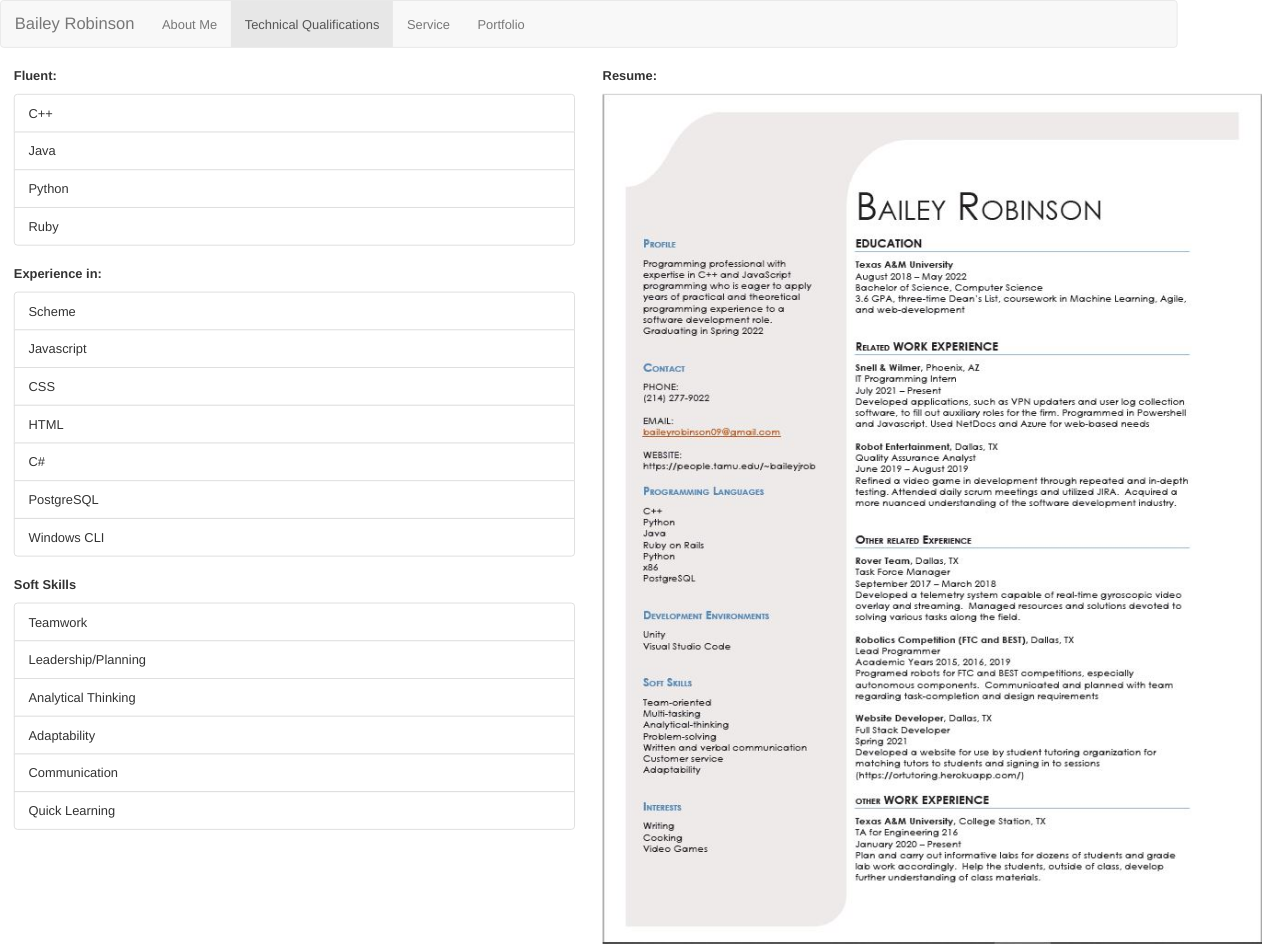
Repository: baileyjrob/personal_website
Page: techqual.html
An editor plug-in stored every save of this project. The page is shown before and after the next save, followed by the edit.
The browser window is 1280 px wide. The page is 1372 px wide, then 1369 px, so the pictures cover 1372 px, including what lies to the right of the window. The pictures show the whole page, at 92% of full size.

Above is the page before, as saved 2022-04-20 13:27:04.

### techqual.html
<!DOCTYPE html>
<html lang=en>

<head>
  <title>Bailey Robinson</title>
  <meta charset="utf-8">
  <meta name="viewport" content="width=device-width, initial-scale=1">
  <!-- Latest compiled and minified CSS -->
  <link rel="stylesheet" href="https://maxcdn.bootstrapcdn.com/bootstrap/3.4.1/css/bootstrap.min.css">

  <!-- jQuery library -->
  <script src="https://ajax.googleapis.com/ajax/libs/jquery/3.5.1/jquery.min.js"></script>

  <!-- Latest compiled JavaScript -->
  <script src="https://maxcdn.bootstrapcdn.com/bootstrap/3.4.1/js/bootstrap.min.js"></script>
</head>

<body>
  <nav class="navbar navbar-default">
    <div class="container-fluid">
      <div class="navbar-header">
        <a class="navbar-brand" href="index.html">Bailey Robinson</a>
      </div>
      <ul class="nav navbar-nav">
        <li><a href="about.html">About Me</a></li>
        <li class="active"><a href="techqual.html">Technical Qualifications</a></li>
        <li><a href="service.html">Service</a></li>
        <li><a href="portfolio.html">Portfolio</a></li>
      </ul>
    </div>
  </nav>
  <div class="container-fluid">
    <div class="row">
      <div class="col-xs-2 col-sm-4 col-md-6">
        <p><strong> Fluent: </strong></p>
        <ul class="list-group">
          <li class="list-group-item">C++</li>
          <li class="list-group-item">Java</li>
          <li class="list-group-item">Python</li>
          <li class="list-group-item">Ruby</li>
        </ul>
        <p><strong> Experience in: </strong></p>
        <ul class="list-group">
          <li class="list-group-item"> Scheme </li>
          <li class="list-group-item"> Javascript </li>
          <li class="list-group-item"> CSS </li>
          <li class="list-group-item"> HTML </li>
          <li class="list-group-item"> C# </li>
          <li class="list-group-item"> PostgreSQL </li>
          <li class="list-group-item"> Windows CLI</li>
        </ul>
        <p><strong> Soft Skills </strong></p>
        <ul class="list-group">
          <li class="list-group-item"> Teamwork </li>
          <li class="list-group-item"> Leadership/Planning </li>
          <li class="list-group-item"> Analytical Thinking </li>
          <li class="list-group-item"> Adaptability </li>
          <li class="list-group-item"> Communication </li>
          <li class="list-group-item"> Quick Learning </li>
        </ul>
      </div>
      <div class="col-xs-10 col-sm-8 col-md-6">
        <p><strong> Resume: </strong></p>
        <img class="image-responsive" alt="Resume" src="Resume.jpg"></img>
      </div>
    </div>
  </div>
</body>

</html>

After the next save:
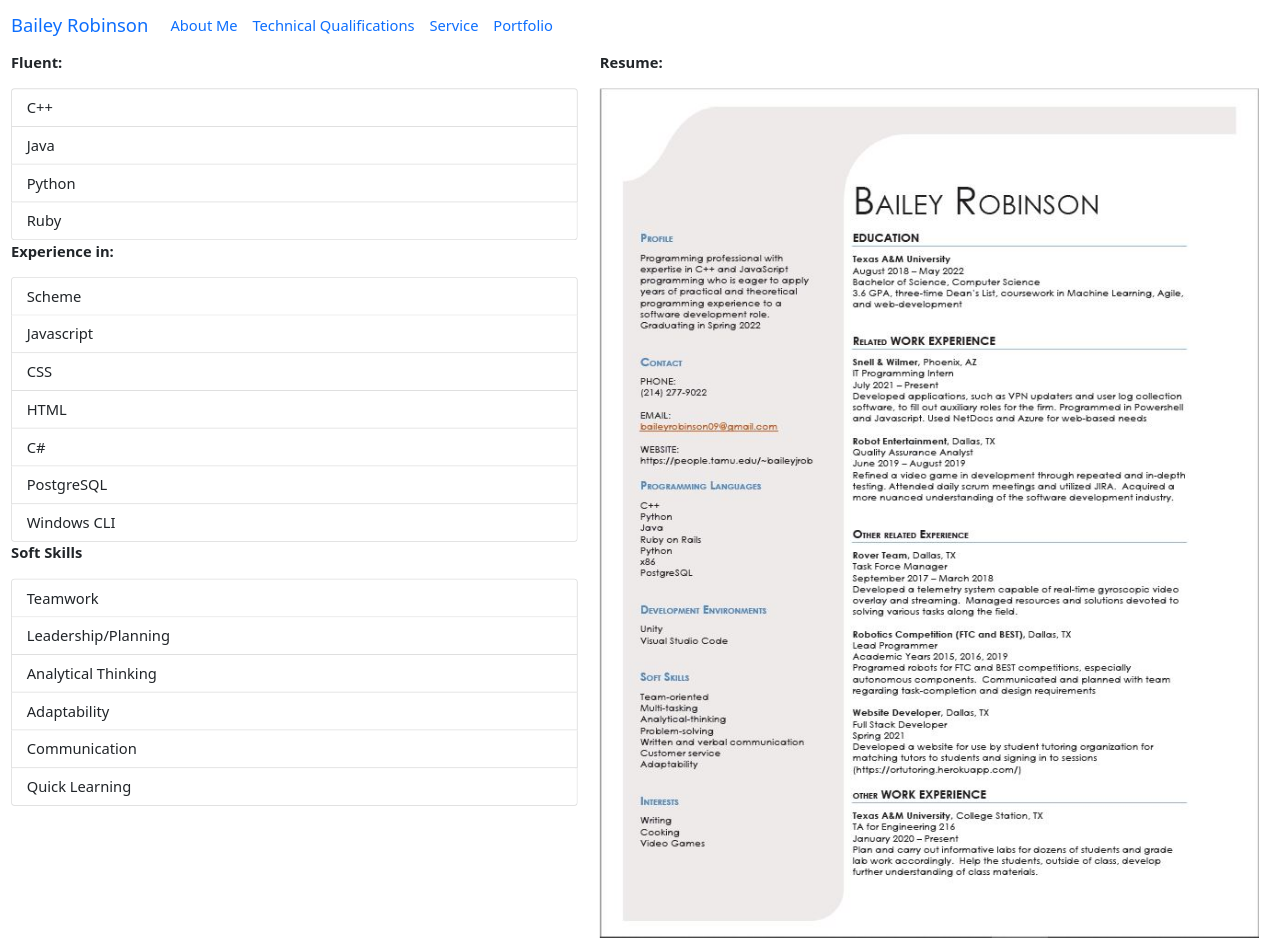
Saved 16 s later.
--- a/techqual.html
+++ b/techqual.html
@@ -2,69 +2,78 @@
 <html lang=en>
 
 <head>
-  <title>Bailey Robinson</title>
-  <meta charset="utf-8">
-  <meta name="viewport" content="width=device-width, initial-scale=1">
-  <!-- Latest compiled and minified CSS -->
-  <link rel="stylesheet" href="https://maxcdn.bootstrapcdn.com/bootstrap/3.4.1/css/bootstrap.min.css">
+    <title>Bailey Robinson</title>
+    <meta charset="utf-8">
+    <meta name="viewport" content="width=device-width, initial-scale=1">
+    <!-- Latest compiled and minified CSS -->
+    <link href="https://cdn.jsdelivr.net/npm/bootstrap@5.0.2/dist/css/bootstrap.min.css" rel="stylesheet"
+        integrity="sha384-EVSTQN3/azprG1Anm3QDgpJLIm9Nao0Yz1ztcQTwFspd3yD65VohhpuuCOmLASjC" crossorigin="anonymous">
 
-  <!-- jQuery library -->
-  <script src="https://ajax.googleapis.com/ajax/libs/jquery/3.5.1/jquery.min.js"></script>
+    <!-- jQuery library -->
+    <script src="https://ajax.googleapis.com/ajax/libs/jquery/3.5.1/jquery.min.js"></script>
 
-  <!-- Latest compiled JavaScript -->
-  <script src="https://maxcdn.bootstrapcdn.com/bootstrap/3.4.1/js/bootstrap.min.js"></script>
+    <!-- Latest compiled JavaScript -->
+    <script src="https://cdn.jsdelivr.net/npm/bootstrap@5.0.2/dist/js/bootstrap.bundle.min.js"
+        integrity="sha384-MrcW6ZMFYlzcLA8Nl+NtUVF0sA7MsXsP1UyJoMp4YLEuNSfAP+JcXn/tWtIaxVXM"
+        crossorigin="anonymous"></script>
 </head>
 
 <body>
-  <nav class="navbar navbar-default">
+    <nav class="navbar navbar-expand-lg">
+        <div class="container-fluid">
+            <a class="navbar-brand" href="index.html">Bailey Robinson</a>
+            <button class="navbar-toggler" type="button" data-bs-toggle="collapse"
+                data-bs-target="#navbarSupportedContent" aria-controls="navbarSupportedContent" aria-expanded="false"
+                aria-label="Toggle navigation">
+                <span class="navbar-toggler-icon"></span>
+            </button>
+            <div class="collapse navbar-collapse" id="navbarSupportedContent">
+                <ul class="navbar-nav me-auto mb-2 mb-lg-0">
+                    <li class="nav-item"><a class="nav-link" href="about.html">About Me</a></li>
+                    <li class="nav-item"><a class="nav-link active" href="techqual.html">Technical Qualifications</a>
+                    </li>
+                    <li class="nav-item"><a class="nav-link" href="service.html">Service</a></li>
+                    <li class="nav-item"><a class="nav-link" href="portfolio.html">Portfolio</a></li>
+                </ul>
+            </div>
+        </div>
+    </nav>
     <div class="container-fluid">
-      <div class="navbar-header">
-        <a class="navbar-brand" href="index.html">Bailey Robinson</a>
-      </div>
-      <ul class="nav navbar-nav">
-        <li><a href="about.html">About Me</a></li>
-        <li class="active"><a href="techqual.html">Technical Qualifications</a></li>
-        <li><a href="service.html">Service</a></li>
-        <li><a href="portfolio.html">Portfolio</a></li>
-      </ul>
+        <div class="row">
+            <div class="col-xs-2 col-sm-4 col-md-6">
+                <p><strong> Fluent: </strong></p>
+                <ul class="list-group">
+                    <li class="list-group-item">C++</li>
+                    <li class="list-group-item">Java</li>
+                    <li class="list-group-item">Python</li>
+                    <li class="list-group-item">Ruby</li>
+                </ul>
+                <p><strong> Experience in: </strong></p>
+                <ul class="list-group">
+                    <li class="list-group-item"> Scheme </li>
+                    <li class="list-group-item"> Javascript </li>
+                    <li class="list-group-item"> CSS </li>
+                    <li class="list-group-item"> HTML </li>
+                    <li class="list-group-item"> C# </li>
+                    <li class="list-group-item"> PostgreSQL </li>
+                    <li class="list-group-item"> Windows CLI</li>
+                </ul>
+                <p><strong> Soft Skills </strong></p>
+                <ul class="list-group">
+                    <li class="list-group-item"> Teamwork </li>
+                    <li class="list-group-item"> Leadership/Planning </li>
+                    <li class="list-group-item"> Analytical Thinking </li>
+                    <li class="list-group-item"> Adaptability </li>
+                    <li class="list-group-item"> Communication </li>
+                    <li class="list-group-item"> Quick Learning </li>
+                </ul>
+            </div>
+            <div class="col-xs-10 col-sm-8 col-md-6">
+                <p><strong> Resume: </strong></p>
+                <img class="image-responsive" alt="Resume" src="Resume.jpg"></img>
+            </div>
+        </div>
     </div>
-  </nav>
-  <div class="container-fluid">
-    <div class="row">
-      <div class="col-xs-2 col-sm-4 col-md-6">
-        <p><strong> Fluent: </strong></p>
-        <ul class="list-group">
-          <li class="list-group-item">C++</li>
-          <li class="list-group-item">Java</li>
-          <li class="list-group-item">Python</li>
-          <li class="list-group-item">Ruby</li>
-        </ul>
-        <p><strong> Experience in: </strong></p>
-        <ul class="list-group">
-          <li class="list-group-item"> Scheme </li>
-          <li class="list-group-item"> Javascript </li>
-          <li class="list-group-item"> CSS </li>
-          <li class="list-group-item"> HTML </li>
-          <li class="list-group-item"> C# </li>
-          <li class="list-group-item"> PostgreSQL </li>
-          <li class="list-group-item"> Windows CLI</li>
-        </ul>
-        <p><strong> Soft Skills </strong></p>
-        <ul class="list-group">
-          <li class="list-group-item"> Teamwork </li>
-          <li class="list-group-item"> Leadership/Planning </li>
-          <li class="list-group-item"> Analytical Thinking </li>
-          <li class="list-group-item"> Adaptability </li>
-          <li class="list-group-item"> Communication </li>
-          <li class="list-group-item"> Quick Learning </li>
-        </ul>
-      </div>
-      <div class="col-xs-10 col-sm-8 col-md-6">
-        <p><strong> Resume: </strong></p>
-        <img class="image-responsive" alt="Resume" src="Resume.jpg"></img>
-      </div>
-    </div>
-  </div>
 </body>
 
 </html>
